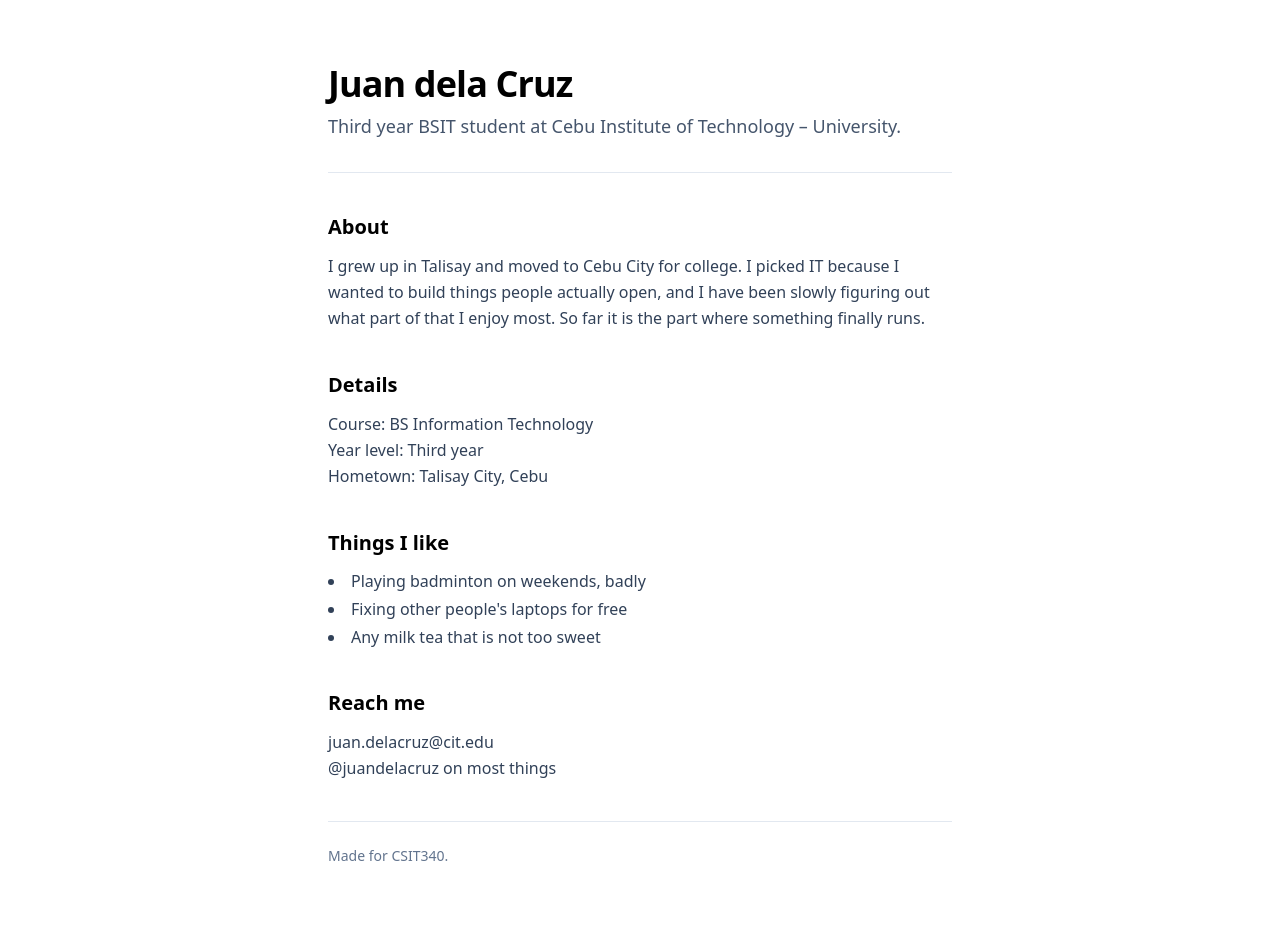
Repository: nicole-galan/CSIT340-Lab1-Galan
Page: /
An editor plug-in stored every save of this project. The page is shown before and after the next save, followed by the edit.
The browser window is 1280 px wide. The pictures show the whole page.
The project was rebuilt for these pictures with package versions that can differ from the ones it lists, and the page was loaded fresh each time. Also part of the build but not shown: vite.config.js.

Above is the page before, as saved 2026-09-04 16:28:59.

After the next save:
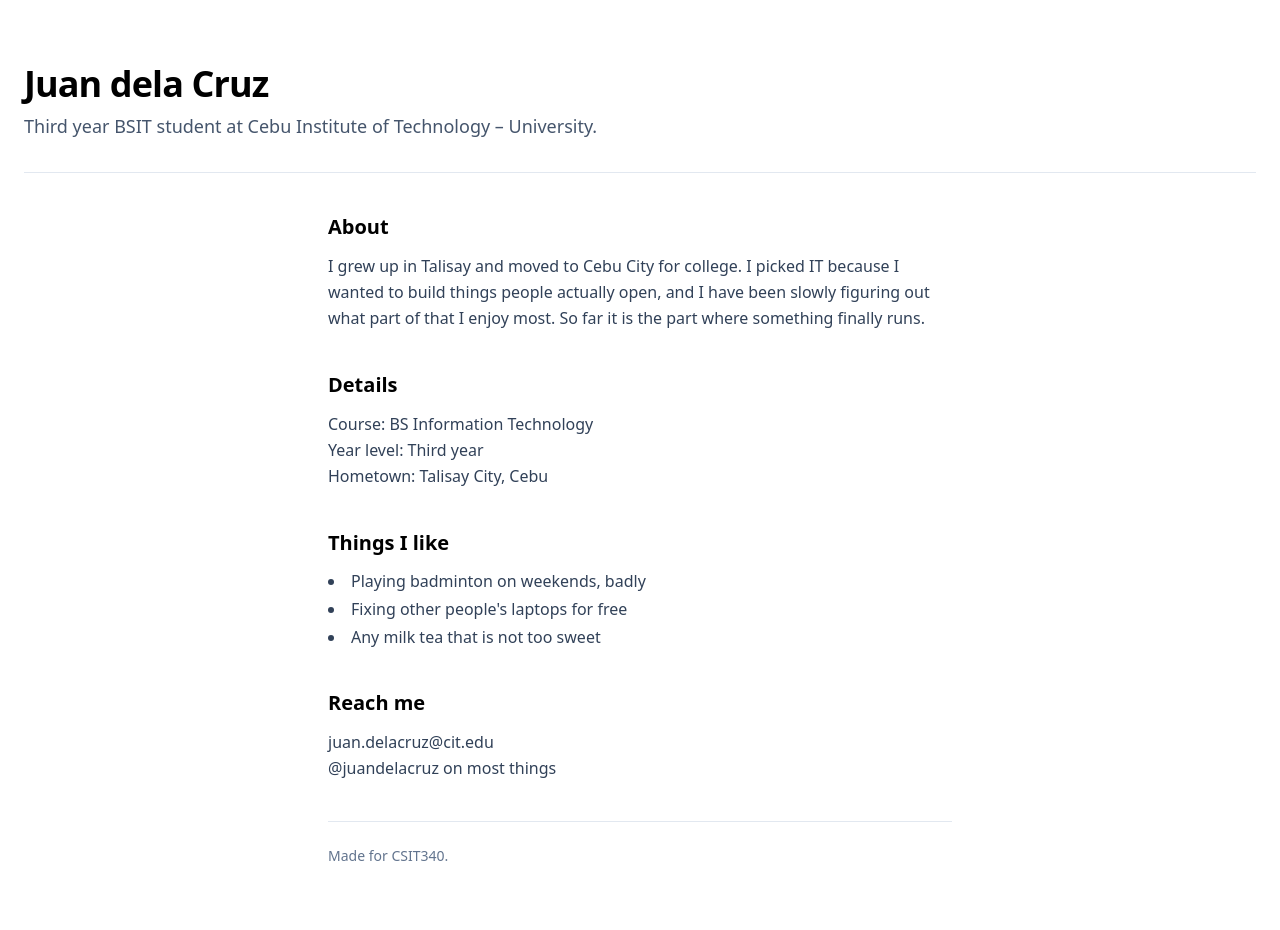
Saved 9 s later.
--- a/src/App.jsx
+++ b/src/App.jsx
@@ -1,7 +1,7 @@
 function App() {
   return (
     <>
-      <header className="max-w-2xl mx-auto px-6 pt-16">
+      <header className="mx-auto px-6 pt-16">
         <h1 className="text-4xl font-semibold tracking-tight">Juan dela Cruz</h1>
         <p className="mt-2 text-lg text-slate-600">
           Third year BSIT student at Cebu Institute of Technology – University.

After the save that followed:
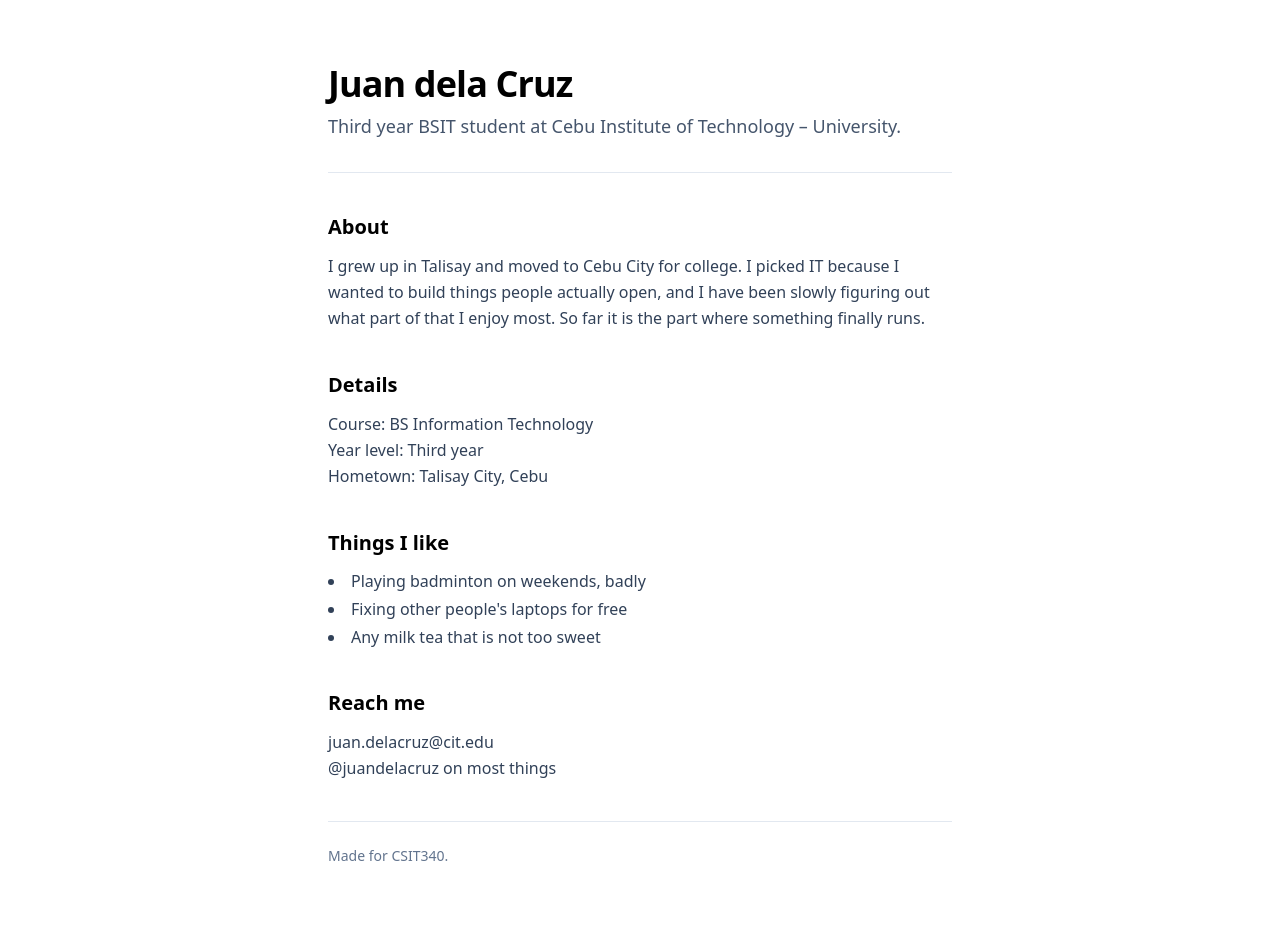
Saved 14 s later.
--- a/src/App.jsx
+++ b/src/App.jsx
@@ -1,7 +1,7 @@
 function App() {
   return (
     <>
-      <header className="mx-auto px-6 pt-16">
+      <header className="max-w-2xl mx-auto px-6 pt-16">
         <h1 className="text-4xl font-semibold tracking-tight">Juan dela Cruz</h1>
         <p className="mt-2 text-lg text-slate-600">
           Third year BSIT student at Cebu Institute of Technology – University.
